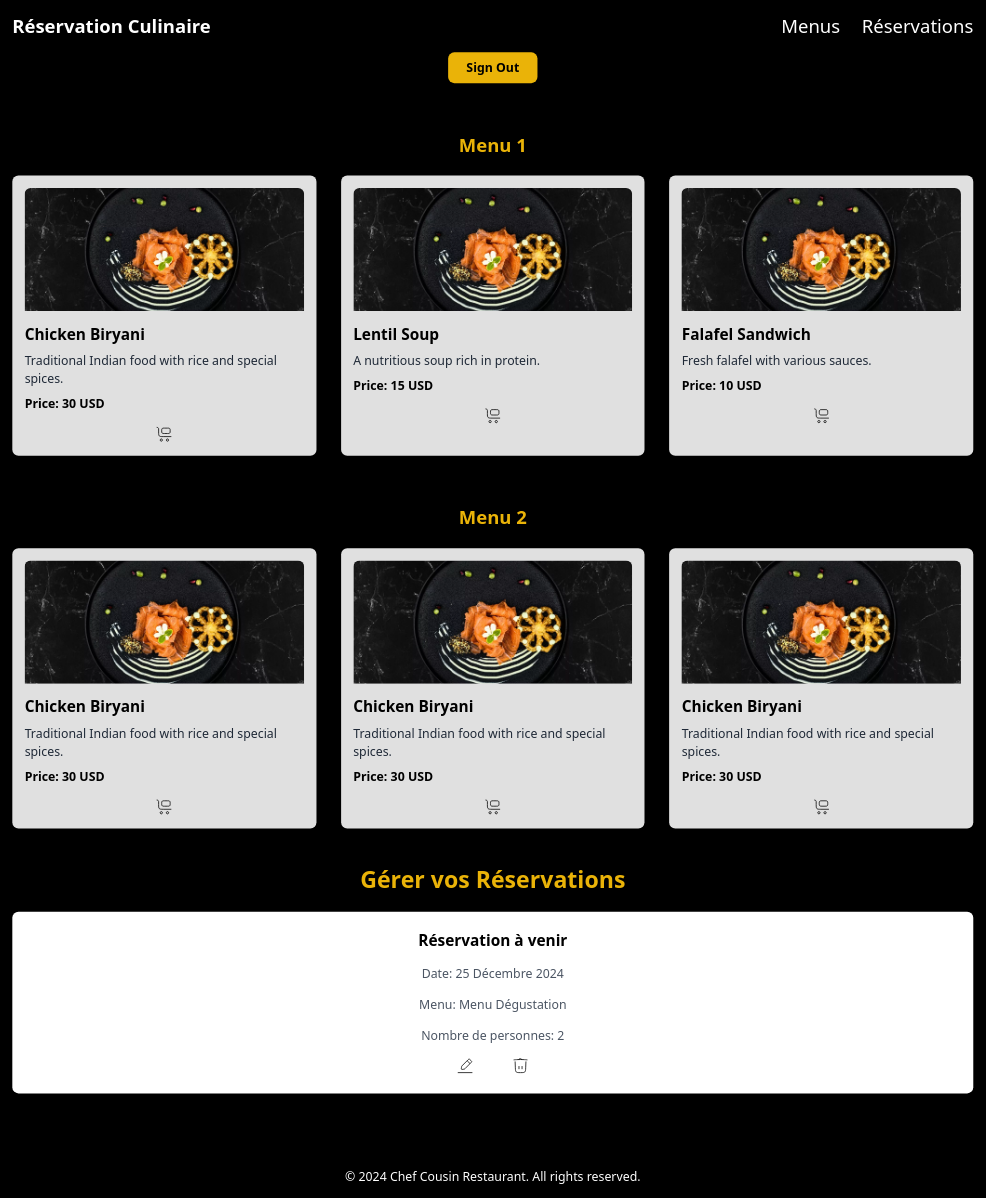
Repository: HamzaChehlaoui/Site-Web-pour-un-Chef-Cuisinier
Page: http://localhost/menuutil.php
An editor plug-in stored every save of this project. The page is shown before and after a run of saves, followed by the edit.
The browser window is 1280 px wide. The pictures show the whole page, at 77% of full size.
Some web libraries are served in a nearby version. The page is run by PHP 8.4 with error messages shown; the project is at /var/www/html/.

Above is the page before, as saved 2024-12-18 17:20:41.

After the next 2 saves:
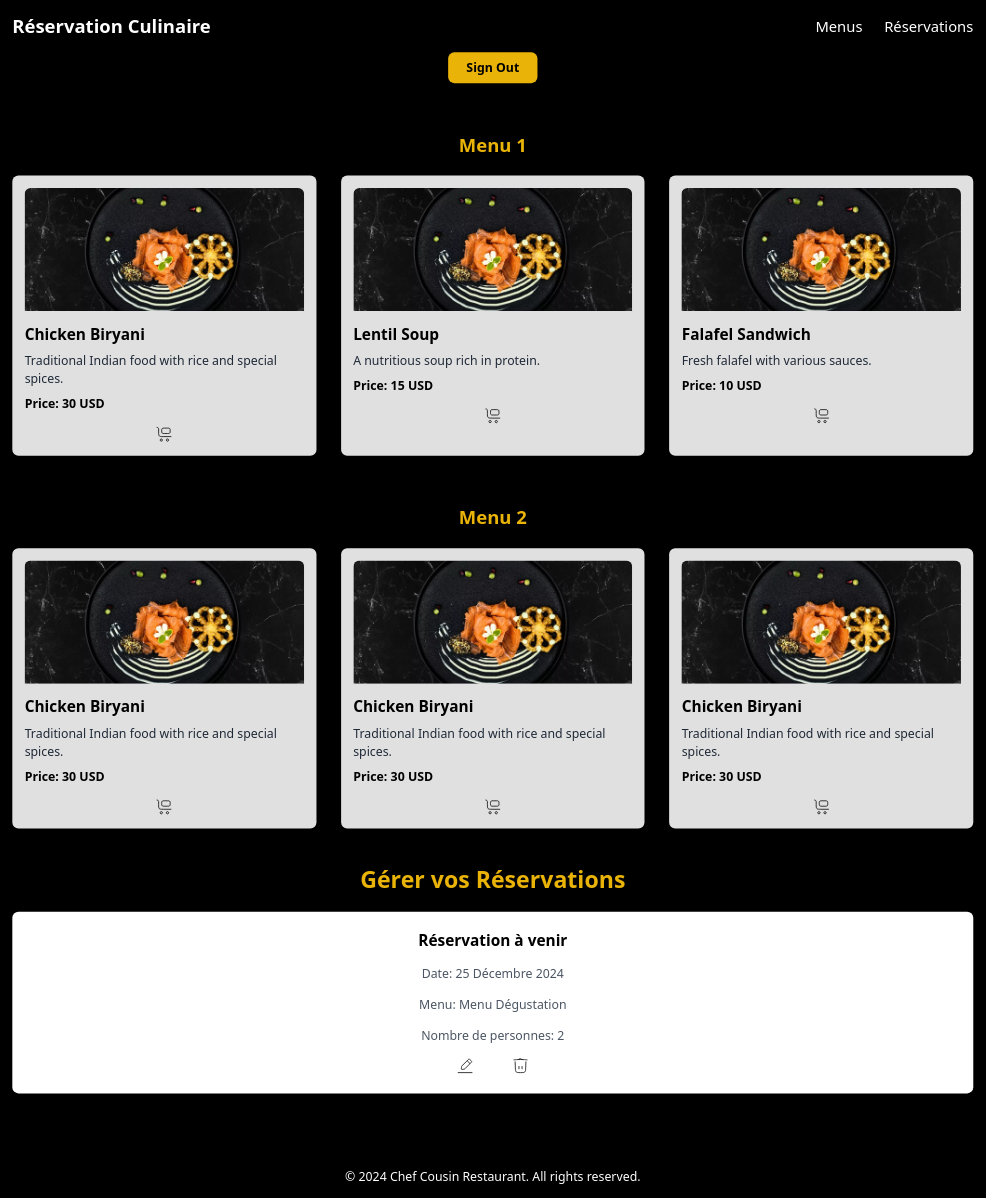
The 2 saves are shown as one change because they came seconds apart.
The last was saved 15 s later.
--- a/menuutil.php
+++ b/menuutil.php
@@ -12,8 +12,8 @@
         <div class="max-w-7xl mx-auto flex justify-between items-center">
             <h1 class="text-[1.5rem] font-semibold">Réservation Culinaire</h1>
             <nav class="space-x-6">
-                <a href="#menus" class="hover:text-gray-300 text-[1.5rem]">Menus</a>
-                <a href="#reservations" class="hover:text-gray-300 text-[1.5rem]">Réservations</a>
+                <a href="#menus" class="hover:text-gray-300 text-[1.2rem]">Menus</a>
+                <a href="#reservations" class="hover:text-gray-300 text-[1.2rem]">Réservations</a>
             </nav>
         </div>
     </header>
